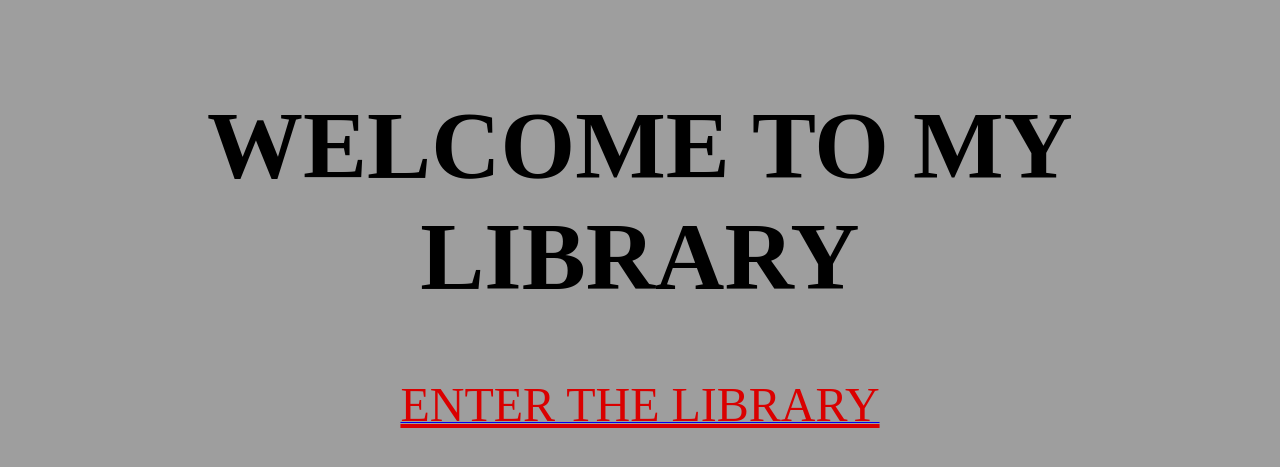
Repository: subhamsourabh265/LibManagementSystemJ2EE-
Page: library/WebContent/mylib.html
These files come from the project's save history. The page is drawn as it stood at one moment and after the next save; the edit follows.
The browser window is 1280 px wide. The pictures show the whole page.

Above is the page before, as saved 2015-07-06 19:45:03.

### library/WebContent/mylib.html
<!DOCTYPE html>
<html>
<head>
<meta charset="ISO-8859-1">
<title>LIBRARY</title>
</head>
<body background="F:\IMAGES\wallpaper\rain_drops_wallpaper_plants_nature_wallpaper_1920_1440_1663.jpg"><br>
<font size = 7 color = black>
<h1 align = center >
<b>
WELCOME TO MY LIBRARY
</b>
</h1>
</font>

<a  href =  "mylogin.html" >
<p style= "text-align:center" >
<font size= 12 color = dark >
<u>
ENTER  THE  LIBRARY
</u>
</font>
</p>
</a>

</body>
</html>

After the next save:
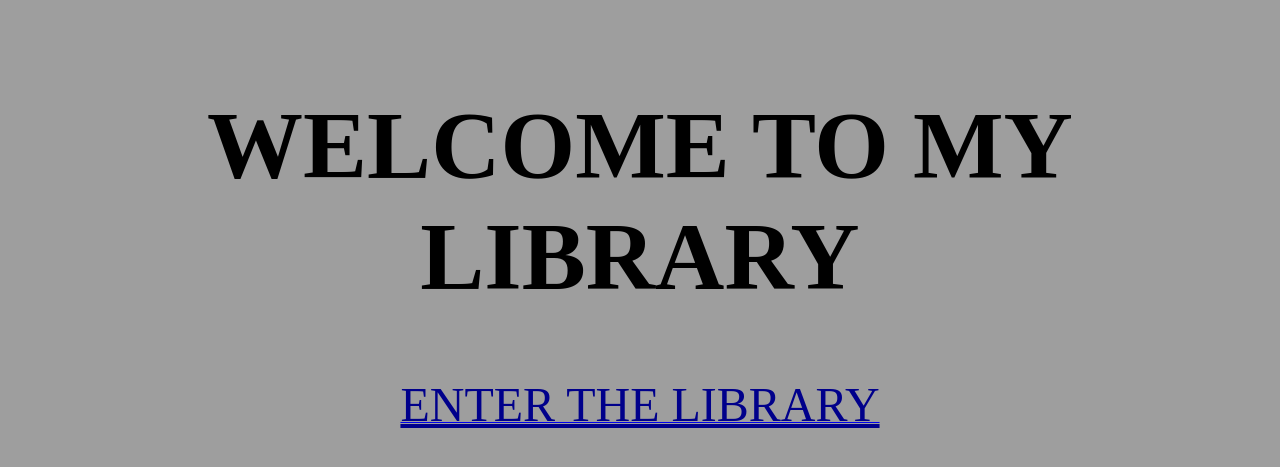
Saved 39 s later.
--- a/library/WebContent/mylib.html
+++ b/library/WebContent/mylib.html
@@ -15,7 +15,7 @@ WELCOME TO MY LIBRARY
 
 <a  href =  "mylogin.html" >
 <p style= "text-align:center" >
-<font size= 12 color = dark >
+<font size= 12 color = darkblue >
 <u>
 ENTER  THE  LIBRARY
 </u>
